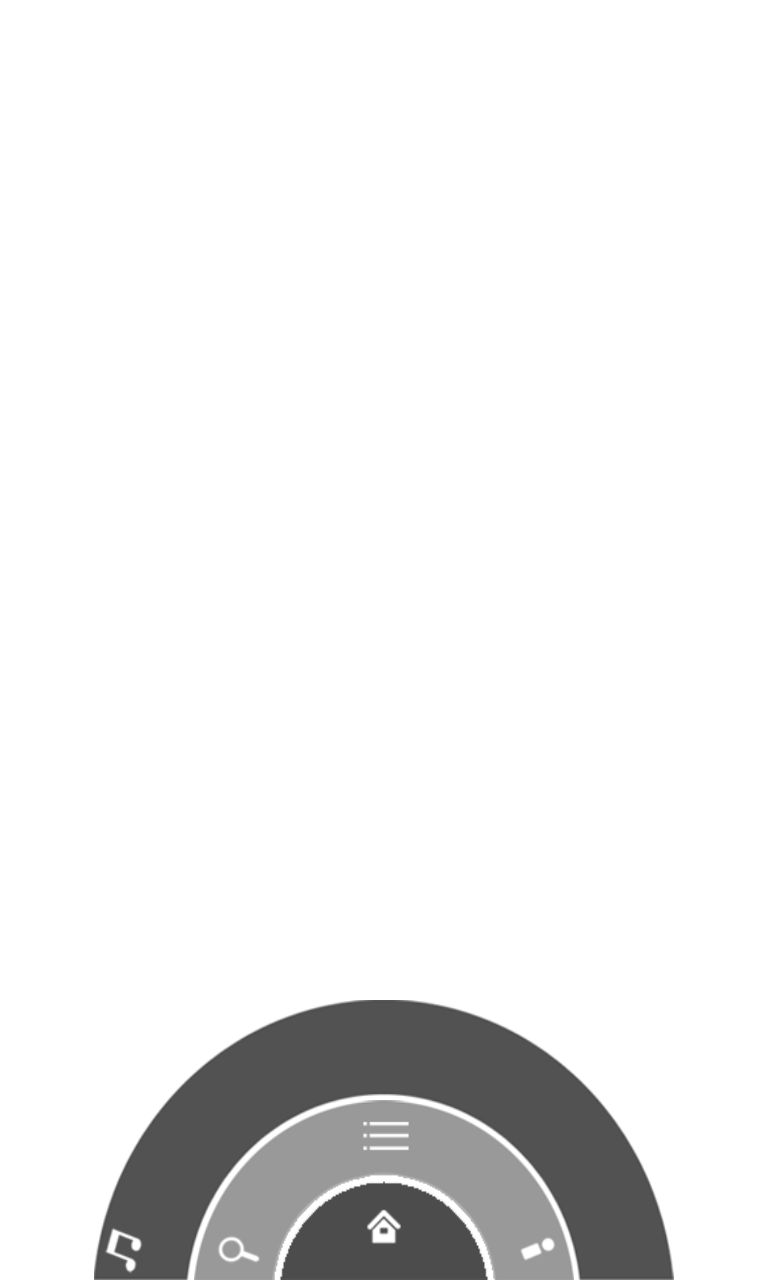
Repository: ASmouse/View
Layout: 02_UkuDemo14/res/layout/activity_main.xml
An editor plug-in stored every save of this project. The layout is shown before and after the next save, followed by the edit.
It is drawn on a 768 x 1280 px phone screen (xhdpi) without system bars, with theme AppTheme; the app's code is not run.

Above is the layout before, as saved 2015-10-24 03:03:52.

After the next save:
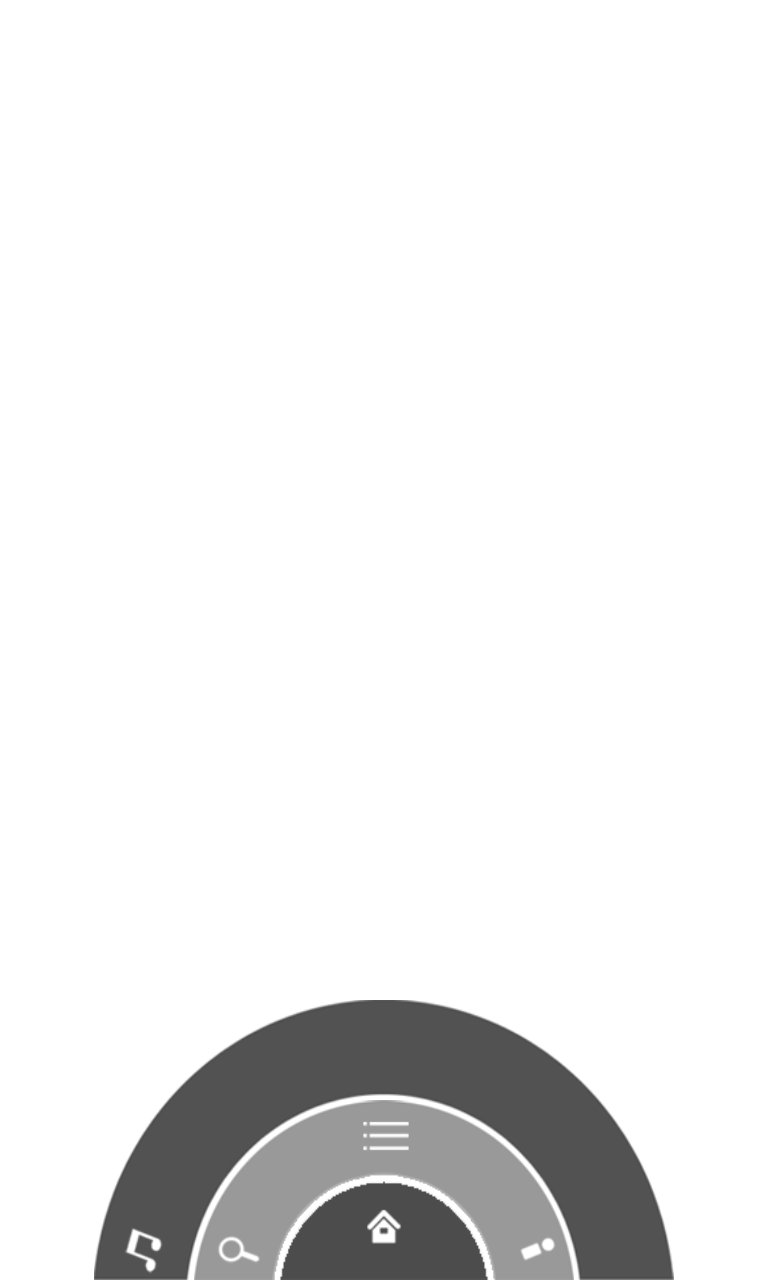
Saved 1 s later.
--- a/02_UkuDemo14/res/layout/activity_main.xml
+++ b/02_UkuDemo14/res/layout/activity_main.xml
@@ -74,7 +74,7 @@
         <!-- 第一个按钮 -->
 
         <ImageView
-            android:layout_marginLeft="10dipo"
+            android:layout_marginLeft="10dip"
             android:layout_alignParentBottom="true"
             android:layout_width="wrap_content"
             android:layout_height="wrap_content"
